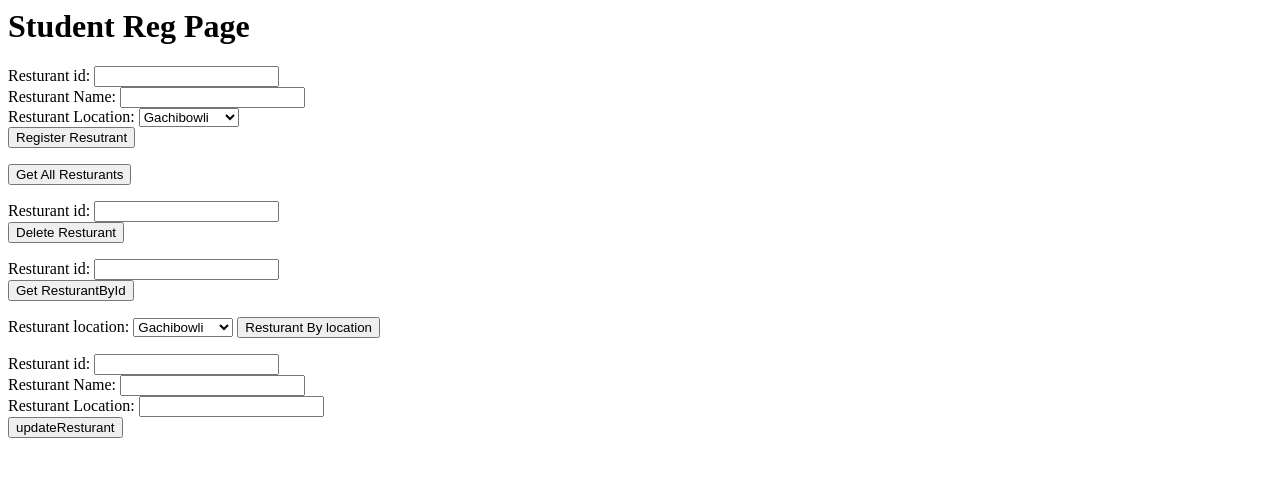
Repository: saikrishnaDsk/DelNex4D
Page: http://localhost/SprHibdelnex4d/WEB-INF/views/resturanthome.jsp
The author's editor kept a copy of each file at every save. The page is drawn from the files as they stood at one save, then again after the next save.
The browser window is 1280 px wide. The pictures show the whole page.
The page is served by Tomcat 9. Nobody is signed in. The template is opened directly, without the code that normally fills it, so the values that code supplies are empty.

Above is the page before, as saved 2020-01-13 10:10:00.

After the next save:
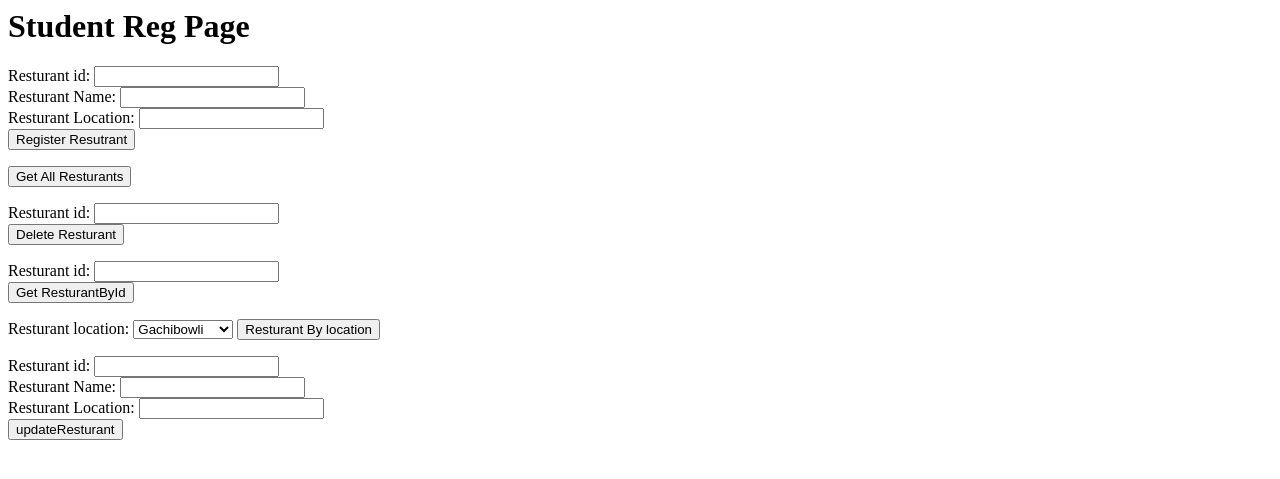
Saved 24 s later.
--- a/workspace-sts-3.9.9.RELEASE/SprHibdelnex4d/src/main/webapp/WEB-INF/views/resturanthome.jsp
+++ b/workspace-sts-3.9.9.RELEASE/SprHibdelnex4d/src/main/webapp/WEB-INF/views/resturanthome.jsp
@@ -14,12 +14,7 @@
 
 		Resturant id:		<input type="text" name="rid"> <br>
 		Resturant Name:		<input type="text" name="name"> <br>
-		Resturant Location:	<select name="name">
- 							 <option value="Gachibowli" name="name">Gachibowli</option>
- 							 <option value="Towli Chowki" name="name">Towli Chowki</option>
-							 <option value="Q-City" name="name">Q-City</option>
-							 <option value="kondapur" name="name">kondapur</option>
-						</select><br>
+		Resturant Location:	<input type="text" name="location"> <br>
 
 						<input type="submit" value="Register Resutrant"><br>
 	</form>
